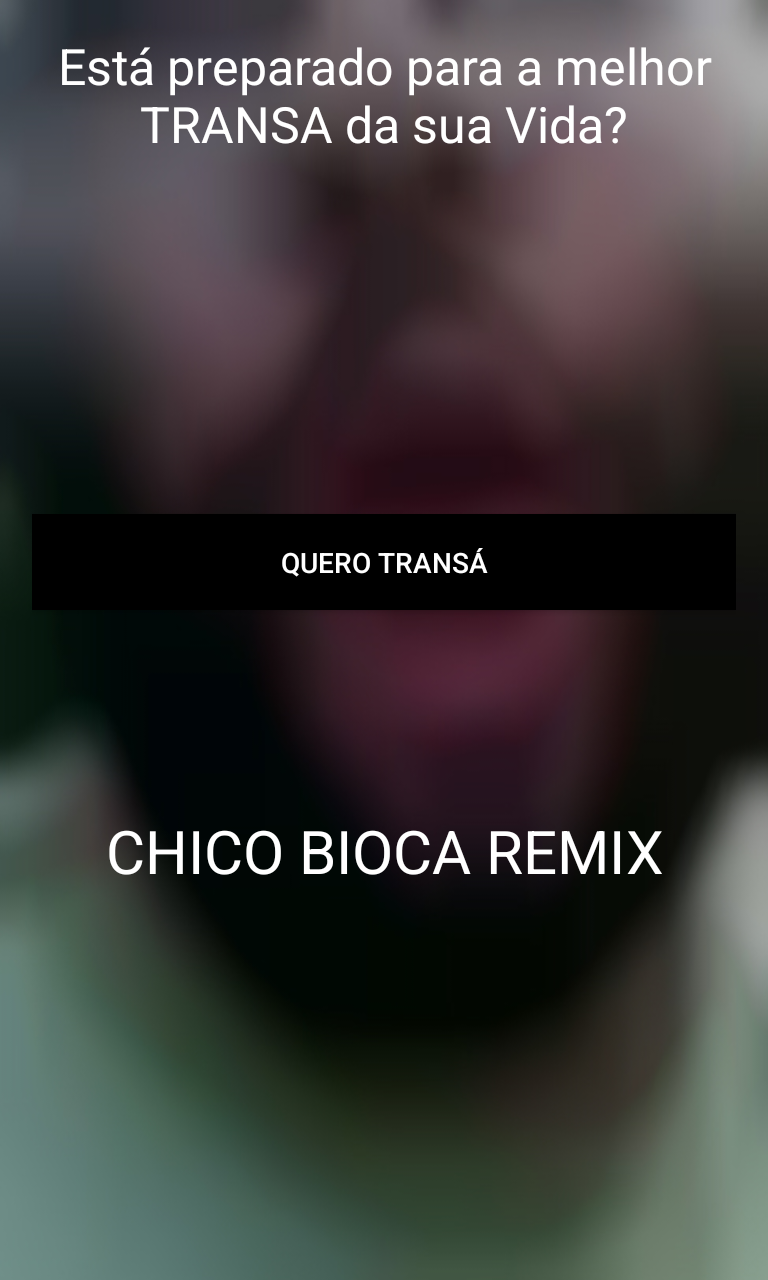
Repository: Cookahn/bioca_sounds
Layout: ChicoBiocaApp/res/layout/activity_main.xml
An editor plug-in stored every save of this project. The layout is shown before and after the next save, followed by the edit.
It is drawn on a 768 x 1280 px phone screen (xhdpi) without system bars, with theme AppTheme; the app's code is not run.

Above is the layout before, as saved 2014-08-12 12:55:33.

After the next save:
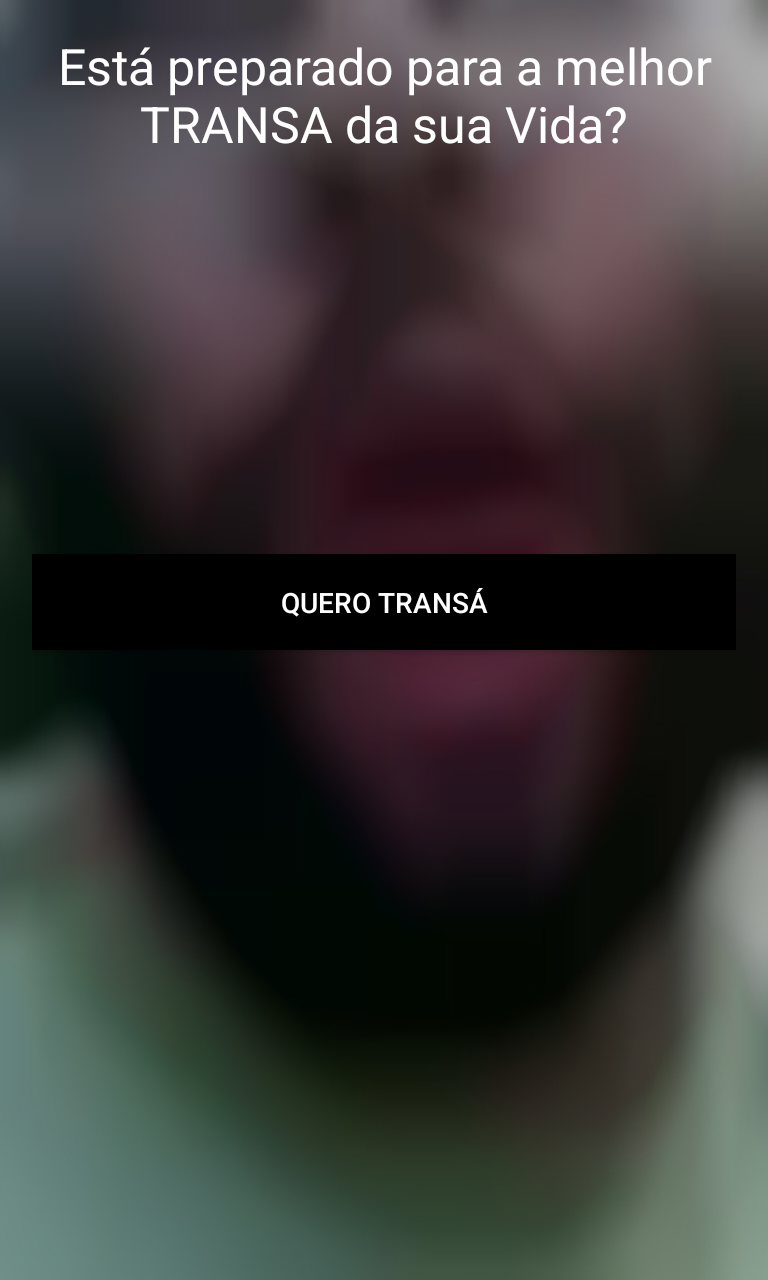
Saved 24 s later.
--- a/ChicoBiocaApp/res/layout/activity_main.xml
+++ b/ChicoBiocaApp/res/layout/activity_main.xml
@@ -33,6 +33,13 @@
             android:background="#000"
             android:text="@string/i_want_to_fuck"
             android:textColor="#fff" />
+    </LinearLayout>
+
+    <LinearLayout
+        android:layout_width="match_parent"
+        android:layout_height="match_parent"
+        android:gravity="center_vertical"
+        android:orientation="vertical" >
 
         <TextView
             android:layout_width="match_parent"
